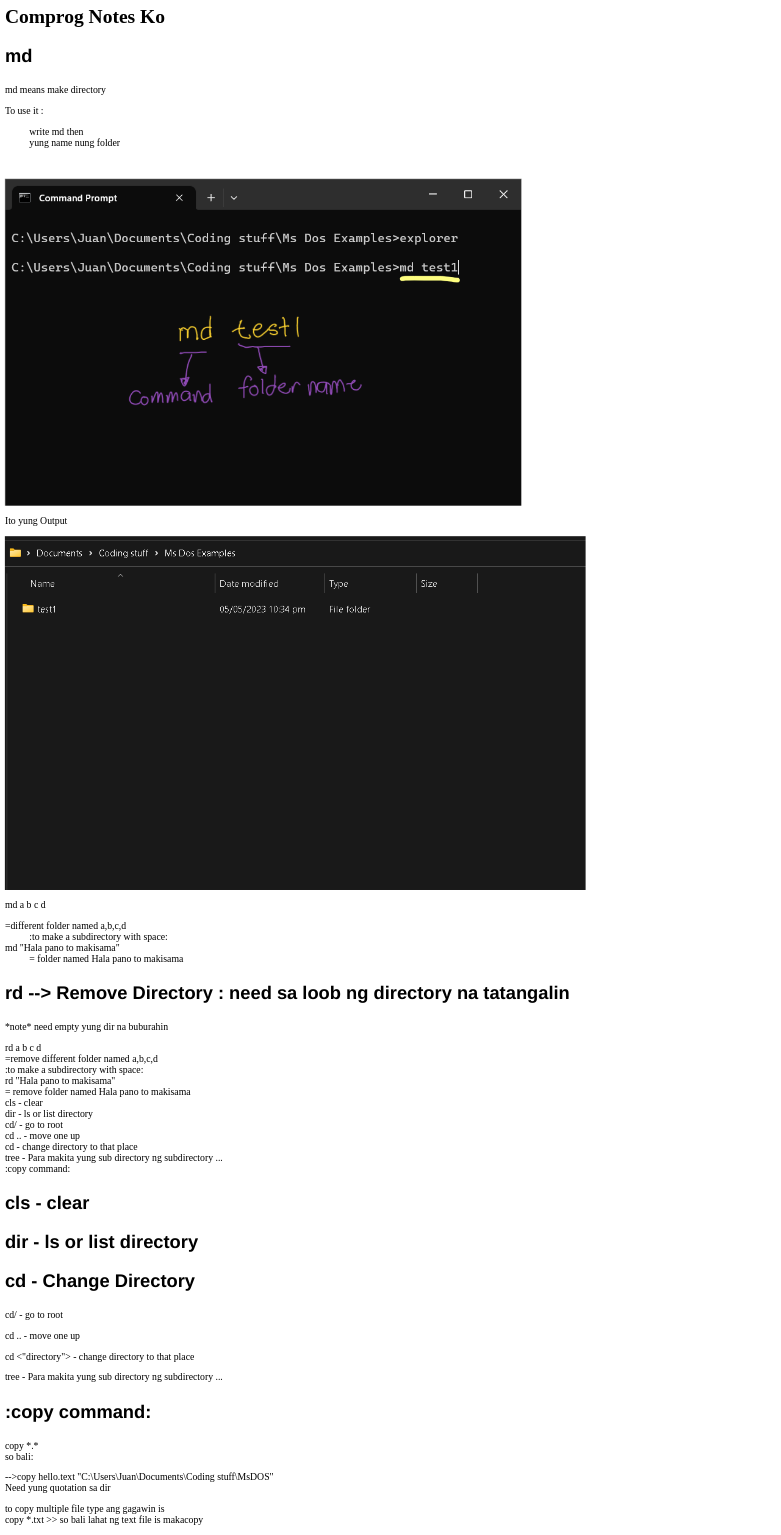
Repository: zwainer/Comprog
Page: index.html
The author's editor kept a copy of each file at every save. The page is drawn from the files as they stood at one save, then again after a run of saves.
The browser window is 1280 px wide. The pictures show the whole page, at 61% of full size.

Above is the page before, as saved 2023-05-05 22:42:29.

After the next 4 saves:
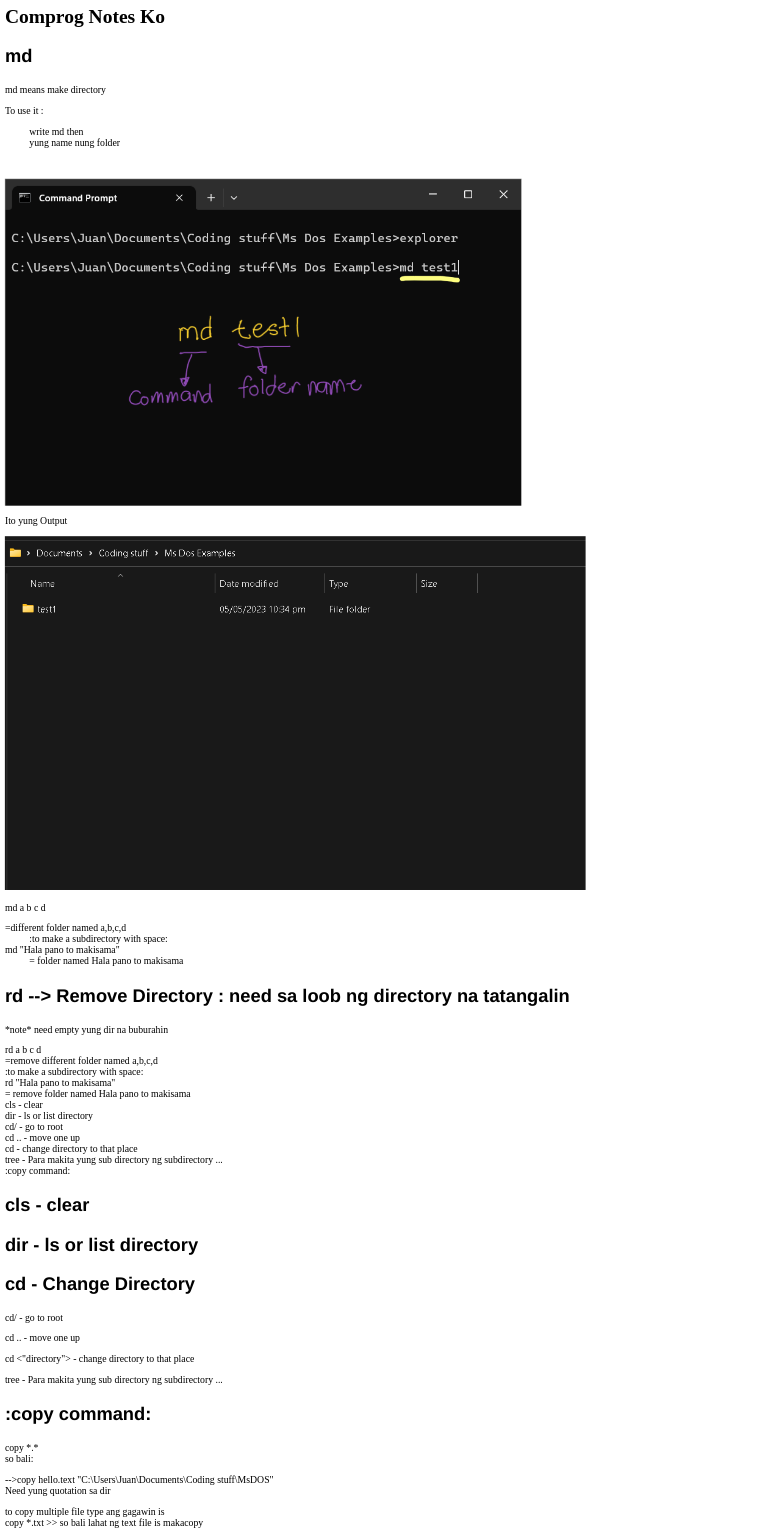
The 4 saves are shown as one change because they came seconds apart.
The last was saved 12 s later.
--- a/index.html
+++ b/index.html
@@ -37,6 +37,7 @@
 
 	<img src="pictures/2.png">
 
+	<h2></h2>
 	<p>md a b c d  <br/></p>
 
 	<dl>
